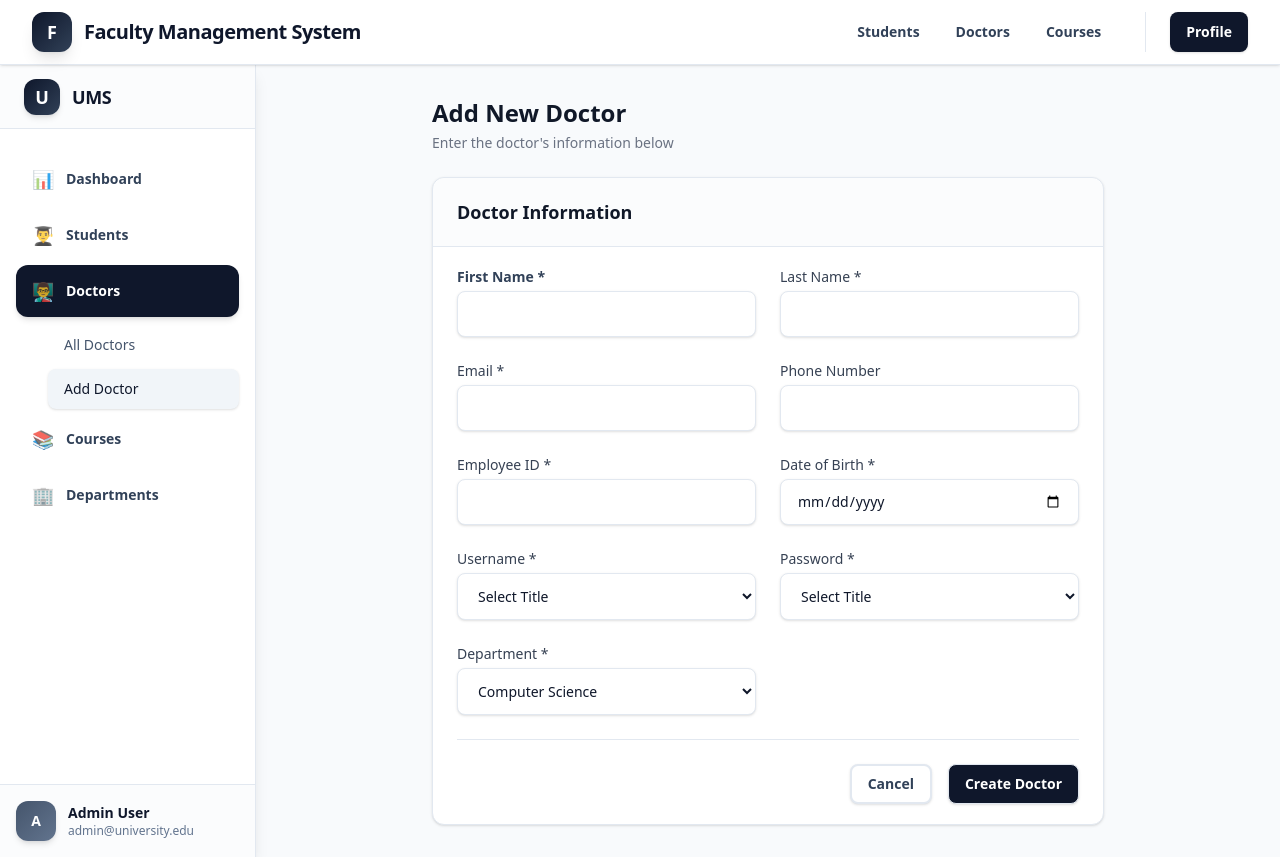
Repository: Mohamedmohsen179/Advanced-DB-Task
Page: /doctors/new (app in frontend/)
An editor plug-in stored every save of this project. The page is shown before and after the next save, followed by the edit.
The browser window is 1280 px wide. The pictures show the whole page.
The project was rebuilt for these pictures with package versions that can differ from the ones it lists, and the page was loaded fresh each time. The framework's server and built-in components were replaced by stand-ins that run in the browser. Settings that the repository does not hold, such as keys and server addresses, were given made-up values. Also part of the build but not shown: frontend/next.config.ts.

Above is the page before, as saved 2025-11-28 19:05:23.

### frontend/app/layout.tsx
import type { Metadata } from "next";
import { Geist, Geist_Mono } from "next/font/google";
import "./globals.css";
import MainLayout from "../components/layout/MainLayout";

const geistSans = Geist({
  variable: "--font-geist-sans",
  subsets: ["latin"],
});

const geistMono = Geist_Mono({
  variable: "--font-geist-mono",
  subsets: ["latin"],
});

export const metadata: Metadata = {
  title: "University Management System",
  description: "A comprehensive university management system built with Next.js and TypeScript",
};

export default function RootLayout({
  children,
}: Readonly<{
  children: React.ReactNode;
}>) {
  return (
    <html lang="en">
      <body
        className={`${geistSans.variable} ${geistMono.variable} antialiased`}
      >
        <MainLayout>{children}</MainLayout>
      </body>
    </html>
  );
}

### frontend/app/doctors/new/page.tsx
'use client';

import { useState } from 'react';
import { useRouter } from 'next/navigation';
import { CreateDoctorRequest } from '../../../types';
import { apiService } from '../../../services/api';
import { Card, CardContent, CardHeader } from '../../../components/ui/Card';
import Button from '../../../components/ui/Button';

export default function NewDoctorPage() {
  const router = useRouter();
  const [loading, setLoading] = useState(false);
  const [error, setError] = useState<string | null>(null);

  const [formData, setFormData] = useState<CreateDoctorRequest>({
    firstName: '',
    lastName: '',
    email: '',
    phoneNumber: '',
    dateOfBirth: '',
    employeeId: '',
    departmentId: '1', // Default to first department
    title: '',
    specialization: '',
    officeLocation: '',
    officeHours: '',
    biography: '',
    qualifications: [],
    researchInterests: [],
  });

  const [qualificationInput, setQualificationInput] = useState('');
  const [researchInput, setResearchInput] = useState('');

  const handleInputChange = (e: React.ChangeEvent<HTMLInputElement | HTMLSelectElement | HTMLTextAreaElement>) => {
    const { name, value } = e.target;
    setFormData(prev => ({
      ...prev,
      [name]: value,
    }));
  };

  const addQualification = () => {
    if (qualificationInput.trim()) {
      setFormData(prev => ({
        ...prev,
        qualifications: [...prev.qualifications, qualificationInput.trim()],
      }));
      setQualificationInput('');
    }
  };

  const removeQualification = (index: number) => {
    setFormData(prev => ({
      ...prev,
      qualifications: prev.qualifications.filter((_, i) => i !== index),
    }));
  };

  const addResearchInterest = () => {
    if (researchInput.trim()) {
      setFormData(prev => ({
        ...prev,
        researchInterests: [...prev.researchInterests, researchInput.trim()],
      }));
      setResearchInput('');
    }
  };

  const removeResearchInterest = (index: number) => {
    setFormData(prev => ({
      ...prev,
      researchInterests: prev.researchInterests.filter((_, i) => i !== index),
    }));
  };

  const handleSubmit = async (e: React.FormEvent) => {
    e.preventDefault();
    setLoading(true);
    setError(null);

    try {
      const response = await apiService.createDoctor(formData);

      if (response.success) {
        router.push('/doctors');
      } else {
        setError('Failed to create doctor');
      }
    } catch (err) {
      setError('An error occurred while creating the doctor');
      console.error('Error creating doctor:', err);
    } finally {
      setLoading(false);
    }
  };

  return (
    <div className="max-w-2xl mx-auto">
      <div className="mb-6">
        <h1 className="text-2xl font-bold text-gray-900">Add New Doctor</h1>
        <p className="mt-1 text-sm text-gray-500">
          Enter the doctor&apos;s information below
        </p>
      </div>

      {error && (
        <div className="mb-6 bg-red-50 border border-red-200 rounded-md p-4">
          <div className="flex">
            <div className="flex-shrink-0">
              <svg className="h-5 w-5 text-red-400" viewBox="0 0 20 20" fill="currentColor">
                <path fillRule="evenodd" d="M10 18a8 8 0 100-16 8 8 0 000 16zM8.707 7.293a1 1 0 00-1.414 1.414L8.586 10l-1.293 1.293a1 1 0 101.414 1.414L10 11.414l1.293 1.293a1 1 0 001.414-1.414L11.414 10l1.293-1.293a1 1 0 00-1.414-1.414L10 8.586 8.707 7.293z" clipRule="evenodd" />
              </svg>
            </div>
            <div className="ml-3">
              <h3 className="text-sm font-medium text-red-800">Error</h3>
              <div className="mt-2 text-sm text-red-700">
                <p>{error}</p>
              </div>
            </div>
          </div>
        </div>
      )}

      <Card>
        <CardHeader>
          <h2 className="text-lg font-semibold text-gray-900">Doctor Information</h2>
        </CardHeader>
        <CardContent>
          <form onSubmit={handleSubmit} className="space-y-6">
            {/* Basic Information */}
            <div className="grid grid-cols-1 md:grid-cols-2 gap-6">
              <div>
                <label htmlFor="firstName" className="block text-sm font-semibold text-slate-700">
                  First Name *
                </label>
                <input
                  type="text"
                  id="firstName"
                  name="firstName"
                  required
                  value={formData.firstName}
                  onChange={handleInputChange}
                  className="mt-1 block w-full border border-slate-300 rounded-lg px-4 py-3 text-sm focus:outline-none focus:ring-2 focus:ring-slate-500 focus:border-slate-500 transition-all duration-200 bg-white shadow-sm"
                />
              </div>

              <div>
                <label htmlFor="lastName" className="block text-sm font-medium text-gray-700">
                  Last Name *
                </label>
                <input
                  type="text"
                  id="lastName"
                  name="lastName"
                  required
                  value={formData.lastName}
                  onChange={handleInputChange}
                  className="mt-1 block w-full border border-slate-300 rounded-lg px-4 py-3 text-sm focus:outline-none focus:ring-2 focus:ring-slate-500 focus:border-slate-500 transition-all duration-200 bg-white shadow-sm"
                />
              </div>

              <div>
                <label htmlFor="email" className="block text-sm font-medium text-gray-700">
                  Email *
                </label>
                <input
                  type="email"
                  id="email"
                  name="email"
                  required
                  value={formData.email}
                  onChange={handleInputChange}
                  className="mt-1 block w-full border border-slate-300 rounded-lg px-4 py-3 text-sm focus:outline-none focus:ring-2 focus:ring-slate-500 focus:border-slate-500 transition-all duration-200 bg-white shadow-sm"
                />
              </div>

              <div>
                <label htmlFor="phoneNumber" className="block text-sm font-medium text-gray-700">
                  Phone Number
                </label>
                <input
                  type="tel"
                  id="phoneNumber"
                  name="phoneNumber"
                  value={formData.phoneNumber}
                  onChange={handleInputChange}
                  className="mt-1 block w-full border border-slate-300 rounded-lg px-4 py-3 text-sm focus:outline-none focus:ring-2 focus:ring-slate-500 focus:border-slate-500 transition-all duration-200 bg-white shadow-sm"
                />
              </div>

              <div>
                <label htmlFor="employeeId" className="block text-sm font-medium text-gray-700">
                  Employee ID *
                </label>
                <input
                  type="text"
                  id="employeeId"
                  name="employeeId"
                  required
                  value={formData.employeeId}
                  onChange={handleInputChange}
                  className="mt-1 block w-full border border-slate-300 rounded-lg px-4 py-3 text-sm focus:outline-none focus:ring-2 focus:ring-slate-500 focus:border-slate-500 transition-all duration-200 bg-white shadow-sm"
                />
              </div>

              <div>
                <label htmlFor="dateOfBirth" className="block text-sm font-medium text-gray-700">
                  Date of Birth *
                </label>
                <input
                  type="date"
                  id="dateOfBirth"
                  name="dateOfBirth"
                  required
                  value={formData.dateOfBirth}
                  onChange={handleInputChange}
                  className="mt-1 block w-full border border-slate-300 rounded-lg px-4 py-3 text-sm focus:outline-none focus:ring-2 focus:ring-slate-500 focus:border-slate-500 transition-all duration-200 bg-white shadow-sm"
                />
              </div>

              <div>
                <label htmlFor="title" className="block text-sm font-medium text-gray-700">
                  Username *
                </label>
                <select
                  id="title"
                  name="title"
                  required
                  value={formData.title}
                  onChange={handleInputChange}
                  className="mt-1 block w-full border border-slate-300 rounded-lg px-4 py-3 text-sm focus:outline-none focus:ring-2 focus:ring-slate-500 focus:border-slate-500 transition-all duration-200 bg-white shadow-sm"
                >
                  <option value="">Select Title</option>
                  <option value="Professor">Professor</option>
                  <option value="Associate Professor">Associate Professor</option>
                  <option value="Assistant Professor">Assistant Professor</option>
                  <option value="Lecturer">Lecturer</option>
                  <option value="Instructor">Instructor</option>
                </select>
              </div>


              <div>
                <label htmlFor="title" className="block text-sm font-medium text-gray-700">
                  Password *
                </label>
                <select
                  id="title"
                  name="title"
                  required
                  value={formData.title}
                  onChange={handleInputChange}
                  className="mt-1 block w-full border border-slate-300 rounded-lg px-4 py-3 text-sm focus:outline-none focus:ring-2 focus:ring-slate-500 focus:border-slate-500 transition-all duration-200 bg-white shadow-sm"
                >
                  <option value="">Select Title</option>
                  <option value="Professor">Professor</option>
                  <option value="Associate Professor">Associate Professor</option>
                  <option value="Assistant Professor">Assistant Professor</option>
                  <option value="Lecturer">Lecturer</option>
                  <option value="Instructor">Instructor</option>
                </select>
              </div>


              <div>
                <label htmlFor="departmentId" className="block text-sm font-medium text-gray-700">
                  Department *
                </label>
                <select
                  id="departmentId"
                  name="departmentId"
                  required
                  value={formData.departmentId}
                  onChange={handleInputChange}
                  className="mt-1 block w-full border border-slate-300 rounded-lg px-4 py-3 text-sm focus:outline-none focus:ring-2 focus:ring-slate-500 focus:border-slate-500 transition-all duration-200 bg-white shadow-sm"
                >
                  <option value="1">Computer Science</option>
                  <option value="2">Mathematics</option>
                </select>
              </div>
            </div>


            <div className="flex justify-end space-x-4 pt-6 border-t border-gray-200">
              <Button
                type="button"
                variant="outline"
                onClick={() => router.back()}
              >
                Cancel
              </Button>
              <Button
                type="submit"
                loading={loading}
              >
                Create Doctor
              </Button>
            </div>
          </form>
        </CardContent>
      </Card>
    </div>
  );
}

### frontend/app/globals.css
@import "tailwindcss";

:root {
  --background: #fafafa;
  --foreground: #0f172a;
  --primary: #2563eb;
  --primary-foreground: #ffffff;
  --secondary: #f1f5f9;
  --secondary-foreground: #334155;
  --muted: #f8fafc;
  --muted-foreground: #64748b;
  --accent: #f1f5f9;
  --accent-foreground: #0f172a;
  --border: #e2e8f0;
  --input: #ffffff;
  --ring: #2563eb;
  --radius: 0.5rem;
}

@theme inline {
  --color-background: var(--background);
  --color-foreground: var(--foreground);
  --font-sans: var(--font-geist-sans);
  --font-mono: var(--font-geist-mono);
}

@media (prefers-color-scheme: dark) {
  :root {
    --background: #020617;
    --foreground: #f8fafc;
    --primary: #3b82f6;
    --primary-foreground: #f8fafc;
    --secondary: #1e293b;
    --secondary-foreground: #f8fafc;
    --muted: #1e293b;
    --muted-foreground: #94a3b8;
    --accent: #1e293b;
    --accent-foreground: #f8fafc;
    --border: #334155;
    --input: #1e293b;
    --ring: #3b82f6;
  }
}

* {
  border-color: var(--border);
}

body {
  background: var(--background);
  color: var(--foreground);
  font-family: var(--font-sans), system-ui, -apple-system, sans-serif;
  line-height: 1.6;
  -webkit-font-smoothing: antialiased;
  -moz-osx-font-smoothing: grayscale;
}

/* Professional scrollbar */
::-webkit-scrollbar {
  width: 8px;
  height: 8px;
}

::-webkit-scrollbar-track {
  background: var(--muted);
}

::-webkit-scrollbar-thumb {
  background: var(--muted-foreground);
  border-radius: 4px;
}

::-webkit-scrollbar-thumb:hover {
  background: var(--foreground);
}

/* Focus styles */
.focus-visible {
  outline: 2px solid var(--ring);
  outline-offset: 2px;
}

/* Professional shadows */
.shadow-professional {
  box-shadow: 0 1px 3px 0 rgb(0 0 0 / 0.1), 0 1px 2px -1px rgb(0 0 0 / 0.1);
}

.shadow-professional-lg {
  box-shadow: 0 10px 15px -3px rgb(0 0 0 / 0.1), 0 4px 6px -4px rgb(0 0 0 / 0.1);
}

### frontend/components/layout/MainLayout.tsx
'use client';

import { useState } from 'react';
import Navbar from './Navbar';
import Sidebar from './Sidebar';

interface MainLayoutProps {
  children: React.ReactNode;
}

export default function MainLayout({ children }: MainLayoutProps) {
  const [sidebarOpen, setSidebarOpen] = useState(false);

  return (
    <div className="min-h-screen bg-slate-50">
      {/* Navbar */}
      <Navbar />

      <div className="flex">
        {/* Sidebar */}
        <Sidebar
          isOpen={sidebarOpen}
          onClose={() => setSidebarOpen(false)}
        />

        {/* Main Content */}
        <div className="flex-1 lg:ml-0">
          {/* Mobile sidebar toggle */}
          <div className="lg:hidden">
            <button
              onClick={() => setSidebarOpen(true)}
              className="fixed top-20 left-4 z-10 bg-white p-3 rounded-xl shadow-professional border border-slate-200 hover:shadow-professional-lg transition-all duration-200"
            >
              <svg className="w-5 h-5 text-slate-600" fill="none" stroke="currentColor" viewBox="0 0 24 24">
                <path strokeLinecap="round" strokeLinejoin="round" strokeWidth={2} d="M4 6h16M4 12h16M4 18h16" />
              </svg>
            </button>
          </div>

          {/* Page Content */}
          <main className="p-6 lg:p-8">
            <div className="max-w-7xl mx-auto">
              {children}
            </div>
          </main>
        </div>
      </div>
    </div>
  );
}

### frontend/components/ui/Card.tsx
import { HTMLAttributes, forwardRef } from 'react';

interface CardProps extends HTMLAttributes<HTMLDivElement> {
  children: React.ReactNode;
}

const Card = forwardRef<HTMLDivElement, CardProps>(
  ({ className = '', children, ...props }, ref) => {
    return (
      <div
        ref={ref}
        className={`bg-white rounded-xl border border-slate-200 shadow-professional hover:shadow-professional-lg transition-shadow duration-200 ${className}`}
        {...props}
      >
        {children}
      </div>
    );
  }
);

Card.displayName = 'Card';

interface CardHeaderProps extends HTMLAttributes<HTMLDivElement> {
  children: React.ReactNode;
}

const CardHeader = forwardRef<HTMLDivElement, CardHeaderProps>(
  ({ className = '', children, ...props }, ref) => {
    return (
      <div
        ref={ref}
        className={`px-6 py-5 border-b border-slate-200 bg-slate-50/50 rounded-t-xl ${className}`}
        {...props}
      >
        {children}
      </div>
    );
  }
);

CardHeader.displayName = 'CardHeader';

interface CardContentProps extends HTMLAttributes<HTMLDivElement> {
  children: React.ReactNode;
}

const CardContent = forwardRef<HTMLDivElement, CardContentProps>(
  ({ className = '', children, ...props }, ref) => {
    return (
      <div
        ref={ref}
        className={`px-6 py-5 ${className}`}
        {...props}
      >
        {children}
      </div>
    );
  }
);

CardContent.displayName = 'CardContent';

interface CardFooterProps extends HTMLAttributes<HTMLDivElement> {
  children: React.ReactNode;
}

const CardFooter = forwardRef<HTMLDivElement, CardFooterProps>(
  ({ className = '', children, ...props }, ref) => {
    return (
      <div
        ref={ref}
        className={`px-6 py-5 border-t border-slate-200 bg-slate-50 rounded-b-xl ${className}`}
        {...props}
      >
        {children}
      </div>
    );
  }
);

CardFooter.displayName = 'CardFooter';

export { Card, CardHeader, CardContent, CardFooter };

### frontend/components/ui/Button.tsx
import { ButtonHTMLAttributes, forwardRef } from 'react';

interface ButtonProps extends ButtonHTMLAttributes<HTMLButtonElement> {
  variant?: 'primary' | 'secondary' | 'danger' | 'outline';
  size?: 'sm' | 'md' | 'lg';
  loading?: boolean;
}

const Button = forwardRef<HTMLButtonElement, ButtonProps>(
  ({ className = '', variant = 'primary', size = 'md', loading = false, children, disabled, ...props }, ref) => {
    const baseClasses = 'inline-flex items-center justify-center font-semibold rounded-lg transition-all duration-200 focus:outline-none focus:ring-2 focus:ring-offset-2 disabled:opacity-50 disabled:cursor-not-allowed shadow-sm hover:shadow-md active:scale-[0.98]';

    const variantClasses = {
      primary: 'bg-slate-900 text-white hover:bg-slate-800 focus:ring-slate-500 border border-slate-900',
      secondary: 'bg-slate-100 text-slate-900 hover:bg-slate-200 focus:ring-slate-500 border border-slate-200',
      danger: 'bg-red-600 text-white hover:bg-red-700 focus:ring-red-500 border border-red-600',
      outline: 'border-2 border-slate-300 text-slate-700 bg-white hover:bg-slate-50 hover:border-slate-400 focus:ring-slate-500',
    };

    const sizeClasses = {
      sm: 'px-3 py-2 text-sm h-9',
      md: 'px-4 py-2.5 text-sm h-10',
      lg: 'px-6 py-3 text-base h-12',
    };

    return (
      <button
        ref={ref}
        className={`${baseClasses} ${variantClasses[variant]} ${sizeClasses[size]} ${className}`}
        disabled={disabled || loading}
        {...props}
      >
        {loading && (
          <svg className="animate-spin -ml-1 mr-2 h-4 w-4" fill="none" viewBox="0 0 24 24">
            <circle className="opacity-25" cx="12" cy="12" r="10" stroke="currentColor" strokeWidth="4" />
            <path className="opacity-75" fill="currentColor" d="M4 12a8 8 0 018-8V0C5.373 0 0 5.373 0 12h4zm2 5.291A7.962 7.962 0 014 12H0c0 3.042 1.135 5.824 3 7.938l3-2.647z" />
          </svg>
        )}
        {children}
      </button>
    );
  }
);

Button.displayName = 'Button';

export default Button;

Loaded but not shown: frontend/services/api.ts (539 lines, source omitted); frontend/components/layout/Sidebar.tsx (158 lines, source omitted); frontend/components/layout/Navbar.tsx (102 lines, source omitted)

After the next save:
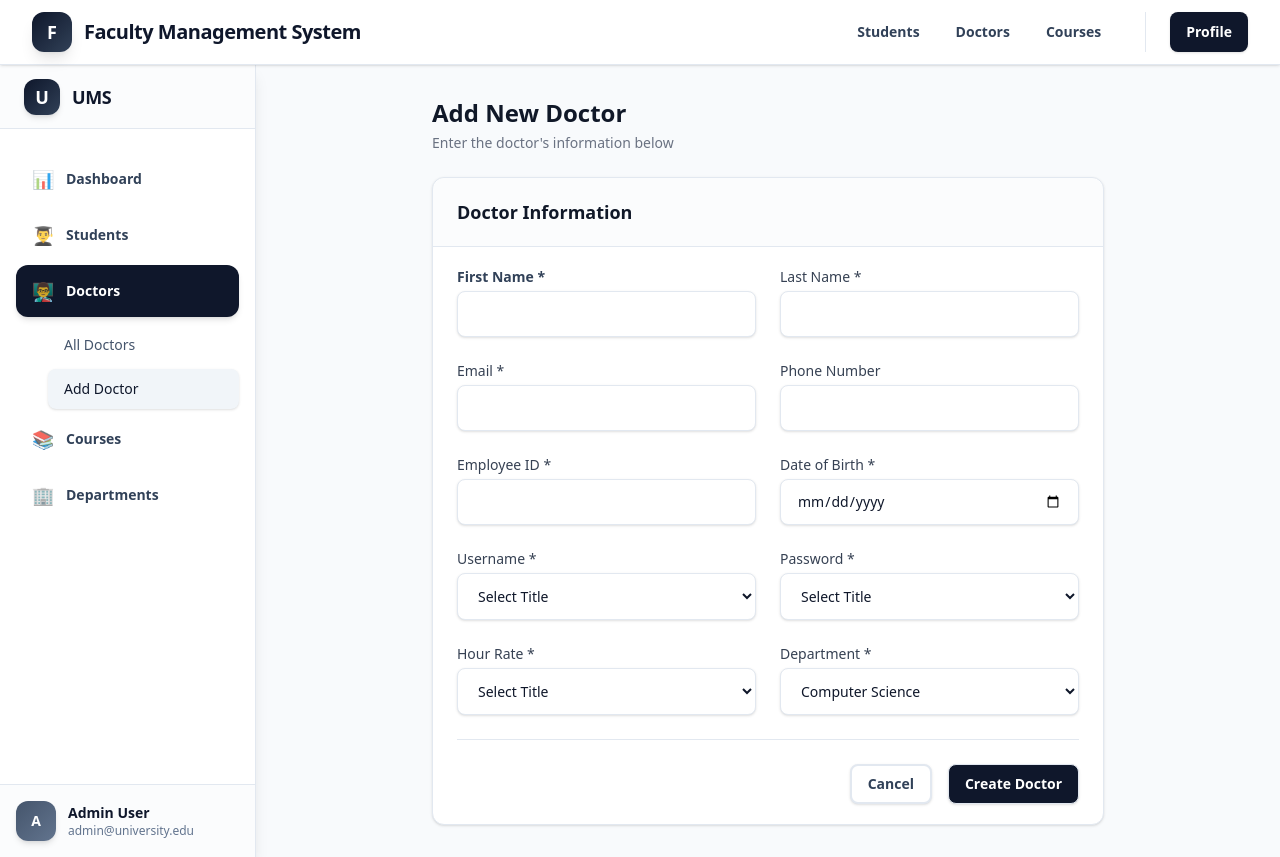
Saved 44 s later.
--- a/frontend/app/doctors/new/page.tsx
+++ b/frontend/app/doctors/new/page.tsx
@@ -244,6 +244,27 @@ export default function NewDoctorPage() {
               <div>
                 <label htmlFor="title" className="block text-sm font-medium text-gray-700">
                   Password *
+                </label>
+                <select
+                  id="title"
+                  name="title"
+                  required
+                  value={formData.title}
+                  onChange={handleInputChange}
+                  className="mt-1 block w-full border border-slate-300 rounded-lg px-4 py-3 text-sm focus:outline-none focus:ring-2 focus:ring-slate-500 focus:border-slate-500 transition-all duration-200 bg-white shadow-sm"
+                >
+                  <option value="">Select Title</option>
+                  <option value="Professor">Professor</option>
+                  <option value="Associate Professor">Associate Professor</option>
+                  <option value="Assistant Professor">Assistant Professor</option>
+                  <option value="Lecturer">Lecturer</option>
+                  <option value="Instructor">Instructor</option>
+                </select>
+              </div>
+
+              <div>
+                <label htmlFor="title" className="block text-sm font-medium text-gray-700">
+                  Hour Rate *
                 </label>
                 <select
                   id="title"
